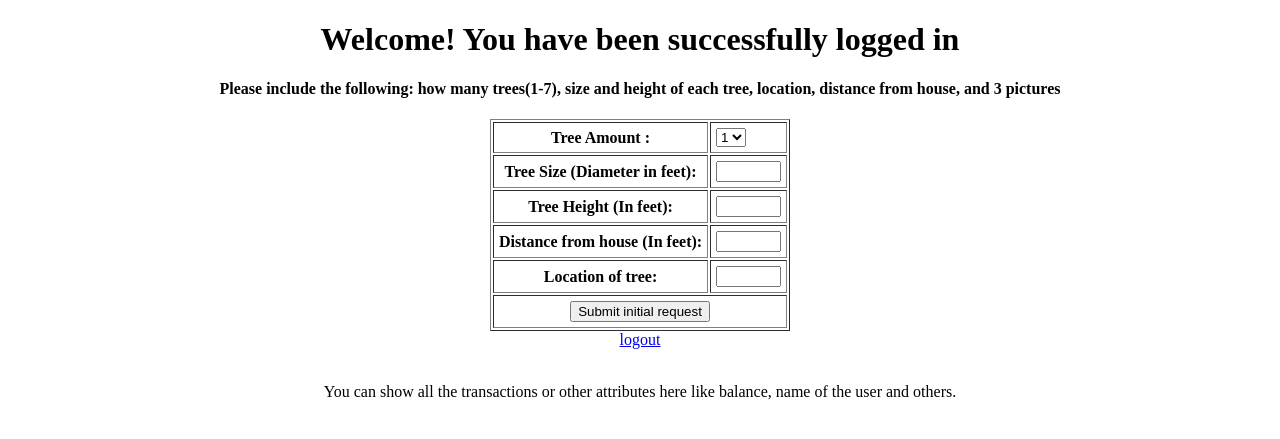
Repository: jrule5960/Tree-Cutting-Database
Page: http://localhost/database/processTreeRequest.jsp
These files come from the project's save history. The page is drawn as it stood at one moment and after the next save; the edit follows.
The browser window is 1280 px wide. The pictures show the whole page.
The page is served by Tomcat 9.

Above is the page before, as saved 2023-11-06 17:26:21.

After the next save:
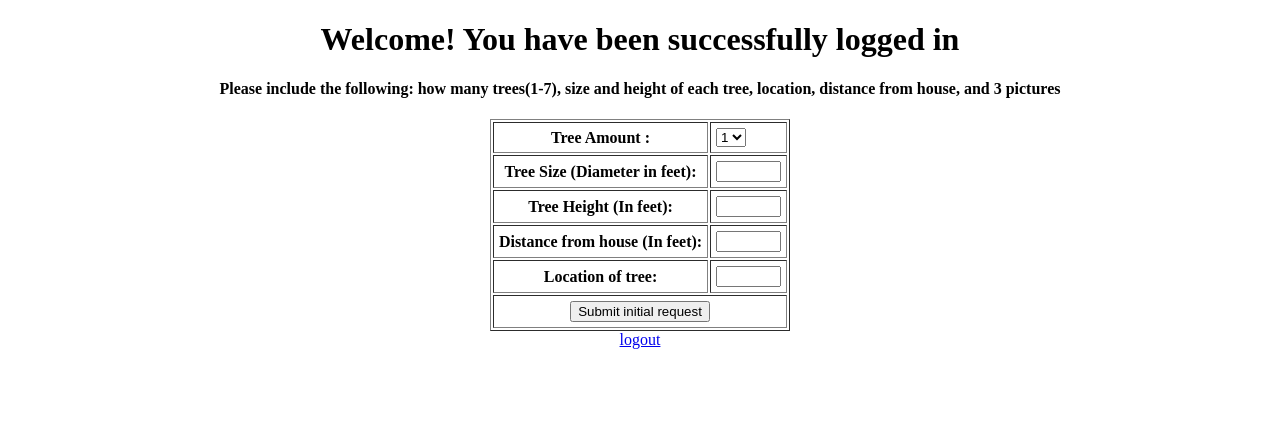
Saved 3 min 19 s later.
--- a/database/WebContent/processTreeRequest.jsp
+++ b/database/WebContent/processTreeRequest.jsp
@@ -78,7 +78,6 @@
 	<body>
 	 <center>
 		 <a href="login.jsp"target ="_self" > logout</a><br><br>
-		 <p> You can show all the transactions or other attributes here like balance, name of the user and others.</p>
 		 </center>
 	</body>
 </html>
